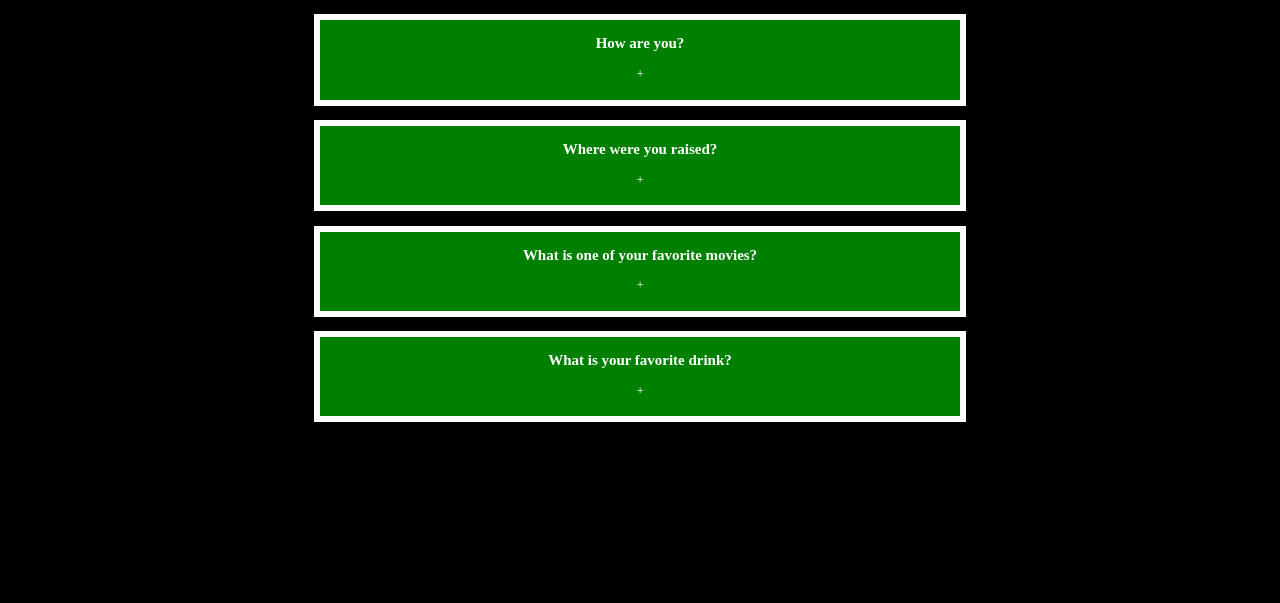
Repository: kosenijr/react-projects
Page: / (app in accordion/)
An editor plug-in stored every save of this project. The page is shown before and after a run of saves, followed by the edit.
The browser window is 1280 px wide. The pictures show the whole page.
The project was rebuilt for these pictures with package versions that can differ from the ones it lists, and the page was loaded fresh each time.

Above is the page before, as saved 2024-03-02 23:04:35.

### accordion/src/App.js
import React from "react";
import "./App.css";
import SingleSelection from "./components/SingleSelection";

function App() {
  return (
    <div className="App">
      <SingleSelection />
    </div>
  );
}

export default App;

### accordion/src/components/SingleSelection.js
import React, { useState } from "react";
import "../styles/SingleSelection.css";
import data from "../data";

function Accordion() {
  // setting up useState
  const [selected, setSelected] = useState(null);
  // setting up handling
  const handleSingleSelection = (getCurrentId) => {
    console.log(selected, getCurrentId);
    // setSelected(getCurrentId === selected ? null : getCurrentId); // keep add condition for closure
    setSelected(selected !== getCurrentId ? getCurrentId : null)
  };

  return (
    <div className="wrapper">
      {/* single selection accordion */}
      <div className="accordion">
        {data && data.length > 0 ? (
          data.map((dataItem) => (
            <div className="item" key={dataItem.id}>
              {" "}
              {/* always remember to add key */}
              <div
                className="title"
                onClick={() => handleSingleSelection(dataItem.id)}
              >
                <h3>{dataItem.question}</h3>
                <span>+</span>
              </div>
              {selected === dataItem.id ? (
                <div className="content ">{dataItem.answer}</div>
              ) : null}
            </div>
          ))
        ) : (
          <div>No data found!</div>
        )}
      </div>
    </div>
  );
}

export default Accordion;

### accordion/src/styles/SingleSelection.css
.wrapper {
  display: flex;
  justify-content: center;
  height: 100vh;
  width: 100vw;
  background-color: black
}
.accordion {
  color: white;
}

.item {
  background-color: green;
  font-size: 0.8em;
  font-family: "Raleway", "Times New Roman";
  margin: 2vh 0;
  padding-bottom: 1vh;
  height: 10vh;
  width: 50vw;
  border: 0.5em solid white
}

.content {
  font-size: 1.2em;
  font-family:  "Raleway", "Times New Roman";
  font-weight: 600;
}

### accordion/src/data.js
const data = [
  {
    id: 1,
    question: "How are you?",
    answer: "I am well!",
  },

  {
    id: 2,
    question: "Where were you raised?",
    answer: "I was raised in Queens.",
  },

  {
    id: 3,
    question: "What is one of your favorite movies?",
    answer: "Harlem Nights",
  },

  {
    id: 4,
    question: "What is your favorite drink?",
    answer: "Water",
  },
];

export default data;

Loaded but not shown: accordion/public/index.html (common file); accordion/src/index.js (common file); accordion/src/index.css (common file); accordion/src/reportWebVitals.js (common file); accordion/src/App.css (common file)

After the next 3 saves:
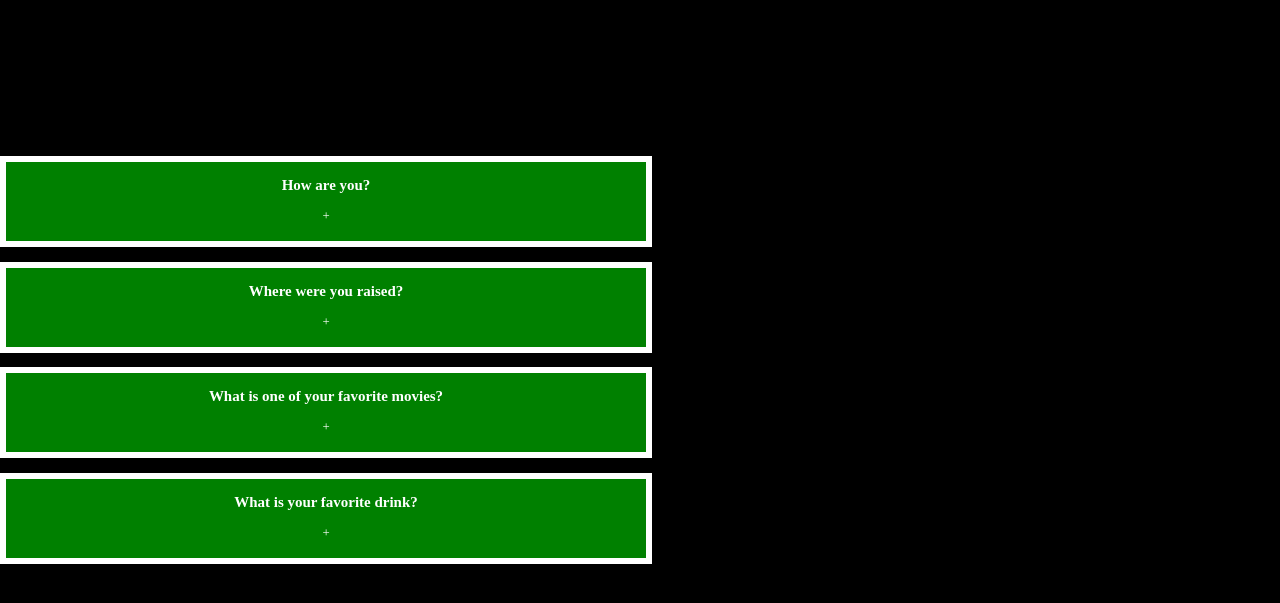
The 3 saves are shown as one change because they came seconds apart.
The last was saved 15 s later.
--- a/accordion/src/styles/SingleSelection.css
+++ b/accordion/src/styles/SingleSelection.css
@@ -1,6 +1,7 @@
 .wrapper {
   display: flex;
-  justify-content: center;
+  /* justify-content: center; */
+  align-items: center;
   height: 100vh;
   width: 100vw;
   background-color: black
